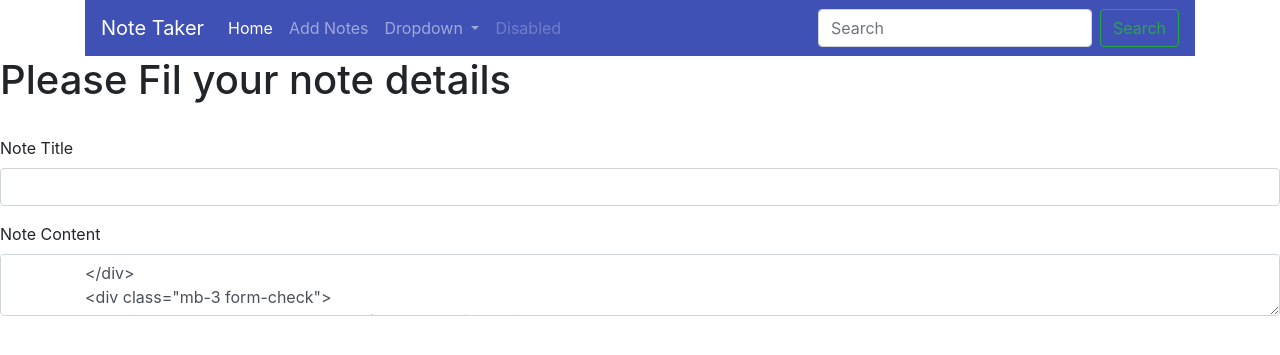
Repository: SudarshanSarnaik/Note_Taker
Page: http://localhost/NoteTaker/add_notes.jsp
The author's editor kept a copy of each file at every save. The page is drawn from the files as they stood at one save, then again after a run of saves.
The browser window is 1280 px wide. The pictures show the whole page.
The page is served by Tomcat 9.

Above is the page before, as saved 2025-01-28 05:29:34.

After the next 3 saves:
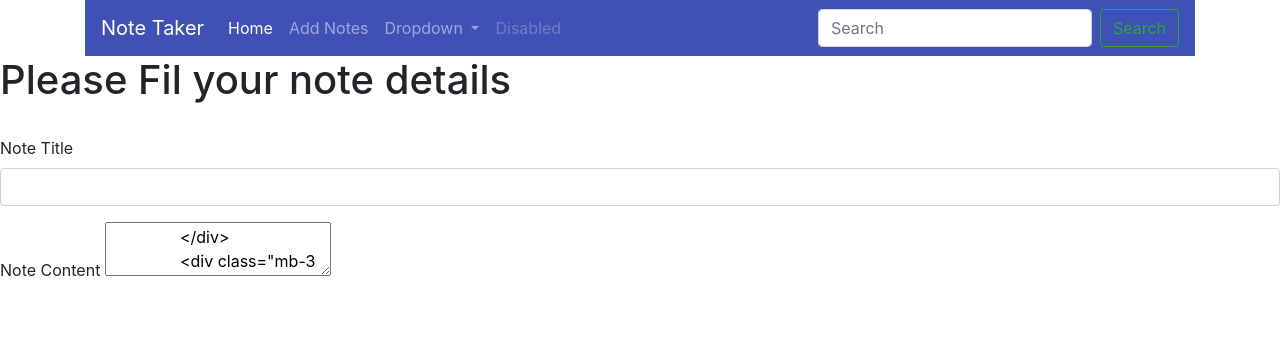
The 3 saves are shown as one change because they came seconds apart.
The last was saved 9 s later.
--- a/NoteTaker/src/main/webapp/add_notes.jsp
+++ b/NoteTaker/src/main/webapp/add_notes.jsp
@@ -35,7 +35,7 @@
 
 		<div class="mb-3">
 			<label for="content" class="form-label">Note Content</label>
-			<textarea style class="form-control"
+			<textarea style="hight class="form-control"
 				id="content">
 		</div>
 		<div class="mb-3 form-check">
